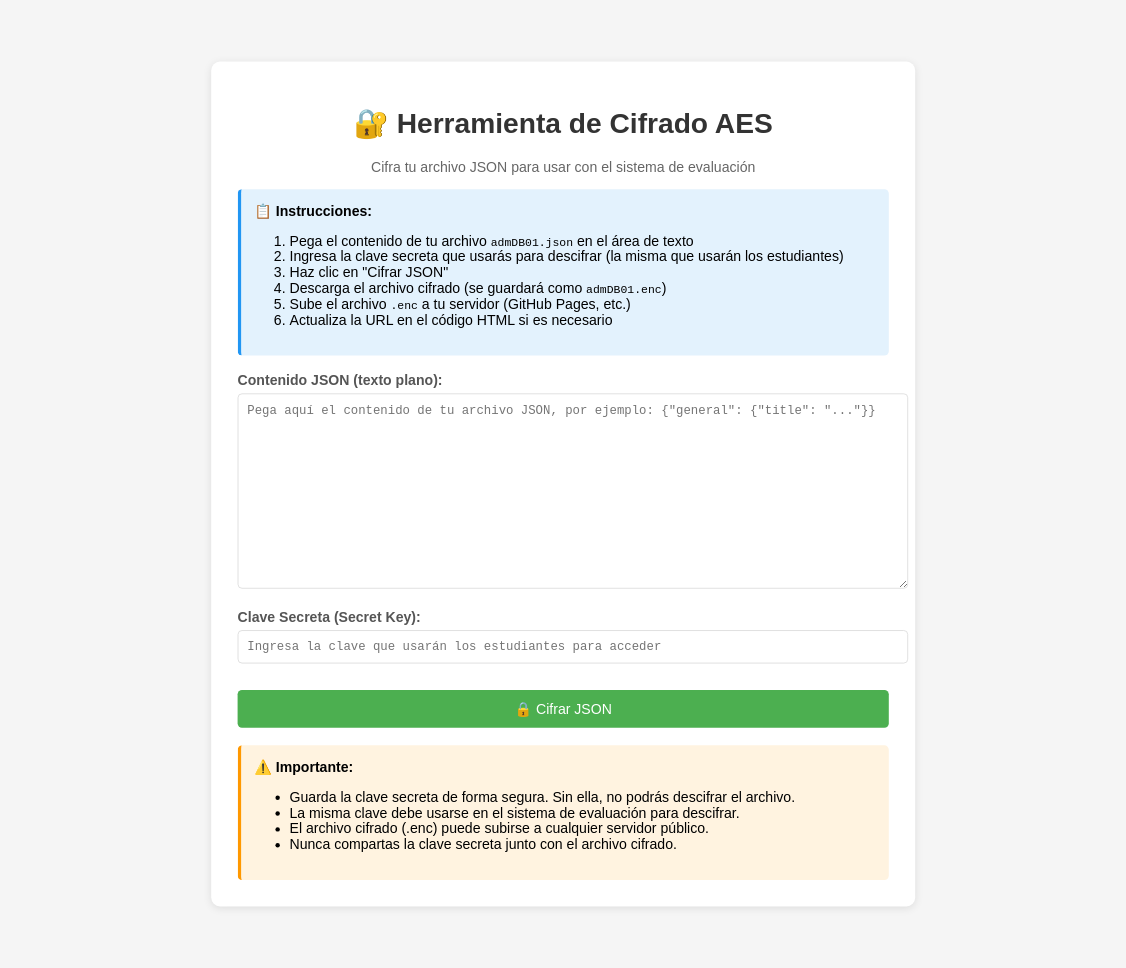
Repository: InvJesus/eva_UTTec
Page: 01/cifrar_json.html
An editor plug-in stored every save of this project. The page is shown before and after the next save, followed by the edit.
The browser window is 1280 px wide. The pictures show the whole page, at 88% of full size.

Above is the page before, as saved 2026-01-22 12:12:57.

### 01/cifrar_json.html
<!DOCTYPE html>
<html lang="es">
<head>
    <meta charset="UTF-8">
    <meta name="viewport" content="width=device-width, initial-scale=1.0">
    <title>Herramienta de Cifrado AES para JSON</title>
    <script src="https://cdnjs.cloudflare.com/ajax/libs/crypto-js/4.1.1/crypto-js.min.js"></script>
    <style>
        body {
            font-family: Arial, sans-serif;
            max-width: 800px;
            margin: 50px auto;
            padding: 20px;
            background-color: #f5f5f5;
        }
        .container {
            background: white;
            padding: 30px;
            border-radius: 10px;
            box-shadow: 0 2px 10px rgba(0,0,0,0.1);
        }
        h1 {
            color: #333;
            text-align: center;
        }
        .form-group {
            margin-bottom: 20px;
        }
        label {
            display: block;
            margin-bottom: 5px;
            font-weight: bold;
            color: #555;
        }
        textarea, input {
            width: 100%;
            padding: 10px;
            border: 1px solid #ddd;
            border-radius: 5px;
            font-family: monospace;
            font-size: 14px;
        }
        textarea {
            min-height: 200px;
            resize: vertical;
        }
        button {
            background-color: #4CAF50;
            color: white;
            padding: 12px 24px;
            border: none;
            border-radius: 5px;
            cursor: pointer;
            font-size: 16px;
            width: 100%;
            margin-top: 10px;
        }
        button:hover {
            background-color: #45a049;
        }
        .result {
            margin-top: 20px;
            padding: 15px;
            background-color: #e8f5e9;
            border-radius: 5px;
            border: 1px solid #4CAF50;
        }
        .info {
            background-color: #e3f2fd;
            padding: 15px;
            border-radius: 5px;
            margin-bottom: 20px;
            border-left: 4px solid #2196F3;
        }
        .warning {
            background-color: #fff3e0;
            padding: 15px;
            border-radius: 5px;
            margin-top: 20px;
            border-left: 4px solid #ff9800;
        }
        .download-btn {
            background-color: #2196F3;
            margin-top: 10px;
        }
        .download-btn:hover {
            background-color: #1976D2;
        }
    </style>
</head>
<body>
    <div class="container">
        <h1>🔐 Herramienta de Cifrado AES</h1>
        <p style="text-align: center; color: #666;">Cifra tu archivo JSON para usar con el sistema de evaluación</p>

        <div class="info">
            <strong>📋 Instrucciones:</strong>
            <ol>
                <li>Pega el contenido de tu archivo <code>admDB01.json</code> en el área de texto</li>
                <li>Ingresa la clave secreta que usarás para descifrar (la misma que usarán los estudiantes)</li>
                <li>Haz clic en "Cifrar JSON"</li>
                <li>Descarga el archivo cifrado (se guardará como <code>admDB01.enc</code>)</li>
                <li>Sube el archivo <code>.enc</code> a tu servidor (GitHub Pages, etc.)</li>
                <li>Actualiza la URL en el código HTML si es necesario</li>
            </ol>
        </div>

        <div class="form-group">
            <label for="jsonContent">Contenido JSON (texto plano):</label>
            <textarea id="jsonContent" placeholder='Pega aquí el contenido de tu archivo JSON, por ejemplo: {"general": {"title": "..."}}'></textarea>
        </div>

        <div class="form-group">
            <label for="secretKey">Clave Secreta (Secret Key):</label>
            <input type="password" id="secretKey" placeholder="Ingresa la clave que usarán los estudiantes para acceder">
        </div>

        <button onclick="cifrarJSON()">🔒 Cifrar JSON</button>

        <div id="result" style="display: none;" class="result">
            <h3>✅ JSON Cifrado Exitosamente</h3>
            <p><strong>Contenido cifrado:</strong></p>
            <textarea id="encryptedContent" readonly style="min-height: 150px; background-color: #f9f9f9;"></textarea>
            <button class="download-btn" onclick="descargarArchivo()">💾 Descargar archivo .enc</button>
        </div>

        <div class="warning">
            <strong>⚠️ Importante:</strong>
            <ul>
                <li>Guarda la clave secreta de forma segura. Sin ella, no podrás descifrar el archivo.</li>
                <li>La misma clave debe usarse en el sistema de evaluación para descifrar.</li>
                <li>El archivo cifrado (.enc) puede subirse a cualquier servidor público.</li>
                <li>Nunca compartas la clave secreta junto con el archivo cifrado.</li>
            </ul>
        </div>
    </div>

    <script>
        let encryptedData = '';

        function cifrarJSON() {
            const jsonContent = document.getElementById('jsonContent').value.trim();
            const secretKey = document.getElementById('secretKey').value.trim();

            // Validaciones
            if (!jsonContent) {
                alert('Por favor, ingresa el contenido JSON');
                return;
            }

            if (!secretKey) {
                alert('Por favor, ingresa la clave secreta');
                return;
            }

            // Validar que sea JSON válido
            try {
                JSON.parse(jsonContent);
            } catch (e) {
                alert('El contenido no es un JSON válido. Error: ' + e.message);
                return;
            }

            // Cifrar usando AES
            try {
                encryptedData = CryptoJS.AES.encrypt(jsonContent, secretKey).toString();

                // Mostrar resultado
                document.getElementById('encryptedContent').value = encryptedData;
                document.getElementById('result').style.display = 'block';

                // Scroll al resultado
                document.getElementById('result').scrollIntoView({ behavior: 'smooth' });
            } catch (e) {
                alert('Error al cifrar: ' + e.message);
            }
        }

        function descargarArchivo() {
            if (!encryptedData) {
                alert('No hay contenido cifrado para descargar');
                return;
            }

            // Crear blob y descargar
            const blob = new Blob([encryptedData], { type: 'text/plain' });
            const url = URL.createObjectURL(blob);
            const a = document.createElement('a');
            a.href = url;
            // Nombre del archivo (puedes cambiarlo aquí)
            const fileName = document.getElementById('fileName')?.value || 'admDB01.enc';
            a.download = fileName;
            document.body.appendChild(a);
            a.click();
            document.body.removeChild(a);
            URL.revokeObjectURL(url);
        }
    </script>
</body>
</html>

After the next save:
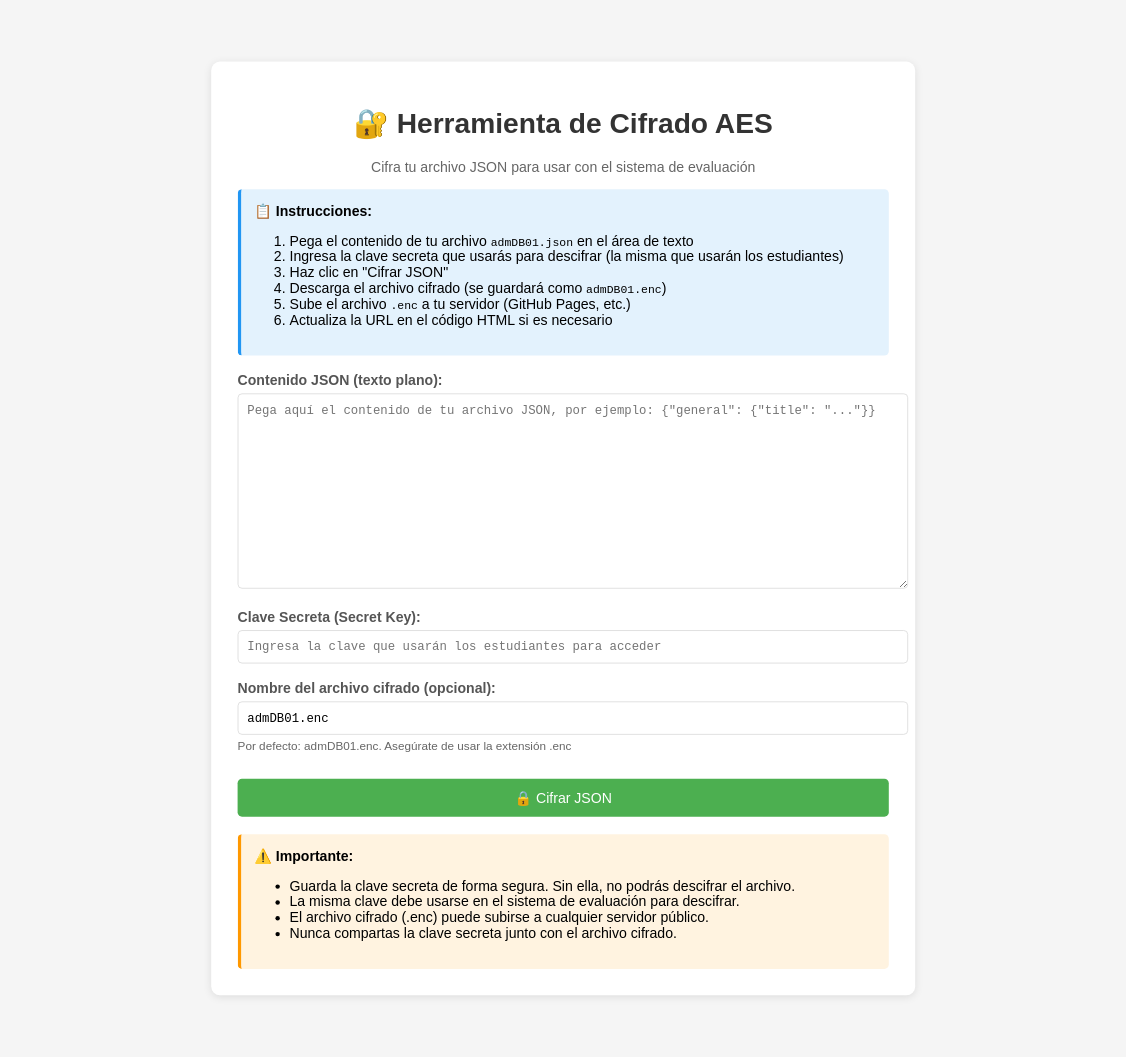
Saved 8 s later.
--- a/01/cifrar_json.html
+++ b/01/cifrar_json.html
@@ -115,6 +115,12 @@
             <input type="password" id="secretKey" placeholder="Ingresa la clave que usarán los estudiantes para acceder">
         </div>
 
+        <div class="form-group">
+            <label for="fileName">Nombre del archivo cifrado (opcional):</label>
+            <input type="text" id="fileName" placeholder="admDB01.enc" value="admDB01.enc">
+            <small style="color: #666; display: block; margin-top: 5px;">Por defecto: admDB01.enc. Asegúrate de usar la extensión .enc</small>
+        </div>
+
         <button onclick="cifrarJSON()">🔒 Cifrar JSON</button>
 
         <div id="result" style="display: none;" class="result">
